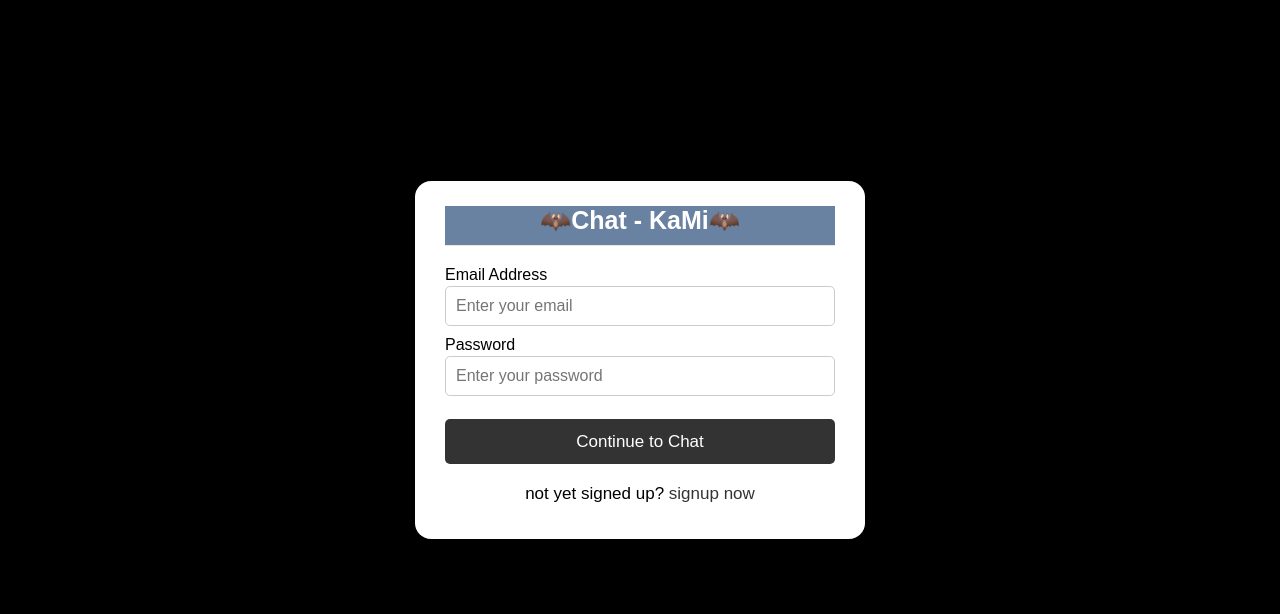
Repository: kananavy/CONQUER
Page: http://localhost/login.php
An editor plug-in stored every save of this project. The page is shown before and after a run of saves, followed by the edit.
The browser window is 1280 px wide. The pictures show the whole page.
The page is run by PHP 8.4 with error messages shown; the project is at /var/www/html/.

Above is the page before, as saved 2023-01-21 00:20:37.

### login.php
<?php
session_start();
if(isset($_SESSION['unique_id'])){ //if user logged in
    header("location: user.php");
}
?>
<?php include_once "header.php"; ?>
<body>
    <div class="wrapper">
        <section class="form login">
            <header>🦇Chat - KaMi🦇</header>
            <form action="#"  autocomplete="off">
                <div class="error-txt"></div>
                    <div class="field input">
                        <label>Email Address</label>
                        <input type="email" name="email" placeholder="Enter your email" >
                    </div>
                    <div class="field input">
                        <label>Password</label>
                        <input type="password" name="password" placeholder="Enter your password" >
                        <i class="fas fa-eye"></i>
                    </div>
                    <div class="field button">
                        <input type="submit" value="Continue to Chat">
                    </div>
            </form>
            <div class="link">not yet signed up? <a href="index.php">signup now</a></div>
        </section>
    </div>
    <script src="javascript/login.js"></script>
</body>
</html>

### header.php
<!DOCTYPE html>
<html lang="en">
<head>
    <meta charset="UTF-8">
    <meta http-equiv="X-UA-Compatible" content="IE=edge">
    <meta name="viewport" content="width=device-width, initial-scale=1.0">
    <title>Teste</title>
    <link rel="stylesheet" href="chat.css">
</head>

### chat.css
*{
    margin: 0;
    padding: 0;
    box-sizing: border-box;
    text-decoration: none;
    font-family: 'Poppins', sans-serif;
}
body{
    display: flex;
    align-items: center;
    justify-content: center;
    min-height: 100vh;
    /* background: #8bc7d6; */
    background-color: #000;
}
.wrapper{
    background: #fff;
    width: 450px;
    border-radius: 16px;
    box-shadow: 0 0 128px 0 rgba(0, 0, 0, 0.1),
                0 32px 64px -48px rgba(0, 0, 0, 0.5);
}

/*signup Form CSS code */
.form{
    padding: 25px 30px ;
}
.form header{
    font-size: 25px;
    font-weight: 600;
    padding-bottom: 10px;
    border-bottom: 1px solid #e6e6e6;
    color: rgb(255, 255, 255);
    text-align: center;
    background-color: rgba(41, 76, 122, 0.699);

}
.form form{
    margin: 20px 0;
}
.form form .error-txt{
    color: #721c24;
    background: #f8d7da;
    padding: 8px 10px;
    text-align: center;
    border-radius: 5px;
    margin-bottom: 10px;
    border: 1px solid #f5c6cb;
    display: none;
}
.form form .name-details{
    display: flex;
}
form .name-details .field:first-child{
    margin-right: 10px;
}
form .name-details .field:last-child{
    margin-left: 10px;
}
.form form .field{
    display: flex;
    flex-direction: column;
    margin-bottom: 10px;
}
.form form .field label{
    margin-bottom: 2px;
}
.form form .field input{
    outline: none;
}
.form form .input input{
    height: 40px;
    width: 100%;
    font-size:16px;
    padding: 0 10px;
    border: 1px solid#ccc;
    border-radius: 5px;
}
.form form .image input{
    font-size: 17px;
}
.form form .button input{
    margin-top: 13px;
    height: 45px;
    border: none;
    font-size: 17px;
    font-weight: 400;
    background: #333;
    color: #fff;
    border-radius: 5px;
    cursor: pointer;
}
.form .link{
    text-align: center;
    margin: 10px 0;
    font-size: 17px;
}
.form .link a{
    color: #333;
}
.form .link a:hover{
    text-decoration: underline;
}

/* Users Area CSS code */
.users{
    padding: 25px 30px;
}
.users header,
.users-list a{
    display: flex;
    align-items: center;
    padding-bottom: 20px;
    justify-content: space-between;
    border-bottom: 1px solid #e6e6e6;
}
.wrapper img{
    object-fit: cover;
    border-radius: 50%;
}
:is(.users, .users-list) .content{
    display: flex;
    align-items: center;
}
.users header .content img{
    height: 50px;
    width: 60px;
}
:is(.users, .users-list) .details{
    color: #000;
    margin-left: 15px;
}
:is(.users, .users-list) .details span{
    font-size:18px ;
    font-weight: 500;
}
.users header .logout{
  color: #fff;
  font-size: 17px;
  padding: 7px 15px;
  background: #333;
  border-radius: 5px;
}
.users .search{
    margin: 20px 0;
    display: flex;
    position: relative;
    align-items: center;
    justify-content: space-between;
}
.users .search .text{
    font-size: 18px;
}
.users .search input{
    position: absolute;
    height: 42px;
    width: calc(100% - 50px);
    border: 1px solid #ccc;
    padding: 0 13px ;
    font-size: 16px;
    border-radius: 5px 0 0 5px;
    outline: none;
    opacity: 0;
    pointer-events: none;
    transition: all 0.3s ease;
}
.users .search input.active{
    opacity: 1;
    pointer-events: auto;
}
.users .search button{
    width: 47px;
    height: 42px;
    border: none;
    outline: none;
    color: #333;
    background: #fff;
    cursor: pointer;
    font-size: 17px;
    border-radius: 0 5px 5px 0;
    transition: all 0.2s ease;

}
.users .search button.active{
    color: #fff;
    background: #333;
}
.users-list{
    max-height: 300px;
    overflow: auto;
}
:is(.users-list, .chat-box)::-webkit-scrollbar{
    width: 0px;

}
.users-list a{
    padding-right: 15px;
    margin-bottom: 15px;
    padding-right: 10px;
}
.users-list a .content img{
    height: 40px;
    width: 40px;
    border-bottom-color: #f1f1f1;
}
.users-list a .content p{
    color: #67676a;
}
.users-list a:last-child{
    border:none;
    margin-bottom: 0px;
}
.users-list a .status-dot{
    font-size: 15px;
    color: #05b43f;
}
/* We'll use this class name in phpto show offline status */
.users-list a .status-dot.offline{
   color: rgb(43, 32, 32);
   visibility: hidden;
}

/* Chat Area VSS code */
.chat-area header{
    display: flex;
    align-items: center;
    padding: 18px 30px;
}
.chat-area header .back-icon{
    font-size: 18px;
    color: #333;
}
.chat-area header img{
    height: 45px;
    width: 45px;
    margin: 0 15px;
}
.chat-area header span{
    font-size: 17px;
    font-weight: 500;
}
.chat-box{
    height: 400px;
    overflow: auto;
    background: #f7f7f7;
    padding: 10x 30px 20px 30px;
    box-shadow: inset 0 32px 32px -32px rgb(0 0 0 /5%),
                inset 0 32px 32px -32px rgb(0 0 0 /5%);
}
.chat-box .chat{
    margin: 15px 0;
}
.chat-box .chat p{
    word-wrap: break-word;
   padding: 8px 16px;
   box-shadow: 0 0 32px rgb(0 0 0 / 8%),
                0 16px 16px -16px rgb(0 0 0 / 10%);
}
.chat-box .outgoing{
    display: flex;
    align-items: flex-end;
}
.outgoing .details{
    margin-left: 10px;
    margin-right: auto;
    max-width: calc(100% - 130px);
}
.outgoing .details p{
    background: rgb(52, 51, 134);
    color: #fff;
    border-radius: 18px 18px 18px 0;
}
.chat-box .incoming{
    display: flex;
    /* align-items: flex-end; */
}
.chat-box .outgoing img{
    height: 35px;
    width: 35px;
}
.incoming .details{
    margin-right: 10px;
    margin-left: auto;
    max-width: calc(100% - 130px);
}
.incoming .details{
    background: #333;
    color: #fff;
    border-radius: 18px 18px 0 18px;
}
.chat-area .typing-area{
    padding: 18px 30px;
    display: flex;
    justify-content: space-between;
}
.typing-area input{
    height: 45px;
    width: calc(100% - 58px);
    font-size: 17px;
    border: 1px solid #ccc;
    padding: 0 13px;
    border-radius: 5px 0 0 5px;
    outline: none;
}
.typing-area button{
    width: 55px;
    border: none;
    outline: none;
    background: #333;
    color: #fff;
    border-radius: 0 5px 5px 0;
}

### javascript/login.js
const form = document.querySelector(".login form"),
continueBtn = form.querySelector(".button input"),
errorText = form.querySelector(".error-txt");

form.onsubmit = (e)=>{
    e.preventDefault(); //preventing form form submitting
}

continueBtn.onclick = ()=>{
// let's start Ajax
    let xhr = new XMLHttpRequest(); //creating XML object
    xhr.open("POST", "php/login.php", true);
    xhr.onload = ()=>{
        if(xhr.readyState === XMLHttpRequest.DONE){
            if(xhr.status === 200){
                let data = xhr.response;
                console.log(data);
                if(data == "success"){
                    location.href = "user.php";
                }else{
                    errorText.textContent = data;
                    errorText.style.display = "block";
                }
            }
        }
    }
    // we have to send the form date thought ajax to php
    let formData = new FormData(form); //crating new formData Object
    xhr.send(formData); //Sending the form data to php
}

After the next 2 saves:
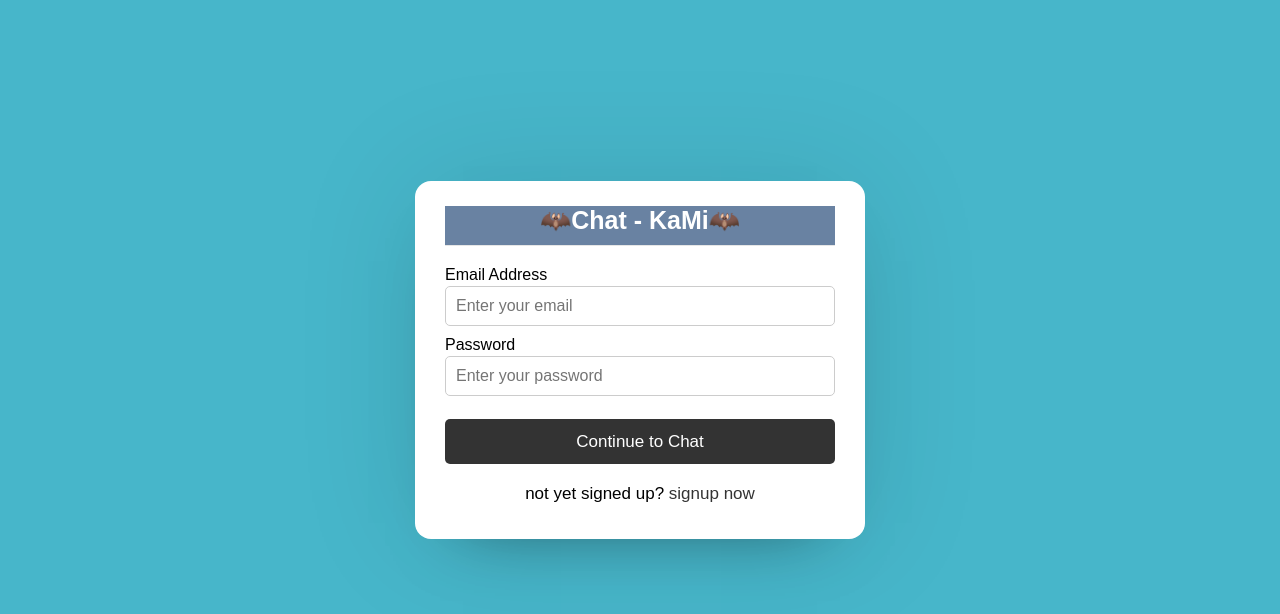
The 2 saves are shown as one change because they came seconds apart.
The last was saved 7 s later.
--- a/chat.css
+++ b/chat.css
@@ -11,7 +11,7 @@ body{
     justify-content: center;
     min-height: 100vh;
     /* background: #8bc7d6; */
-    background-color: #000;
+    background-color: rgb(71, 182, 202);
 }
 .wrapper{
     background: #fff;
